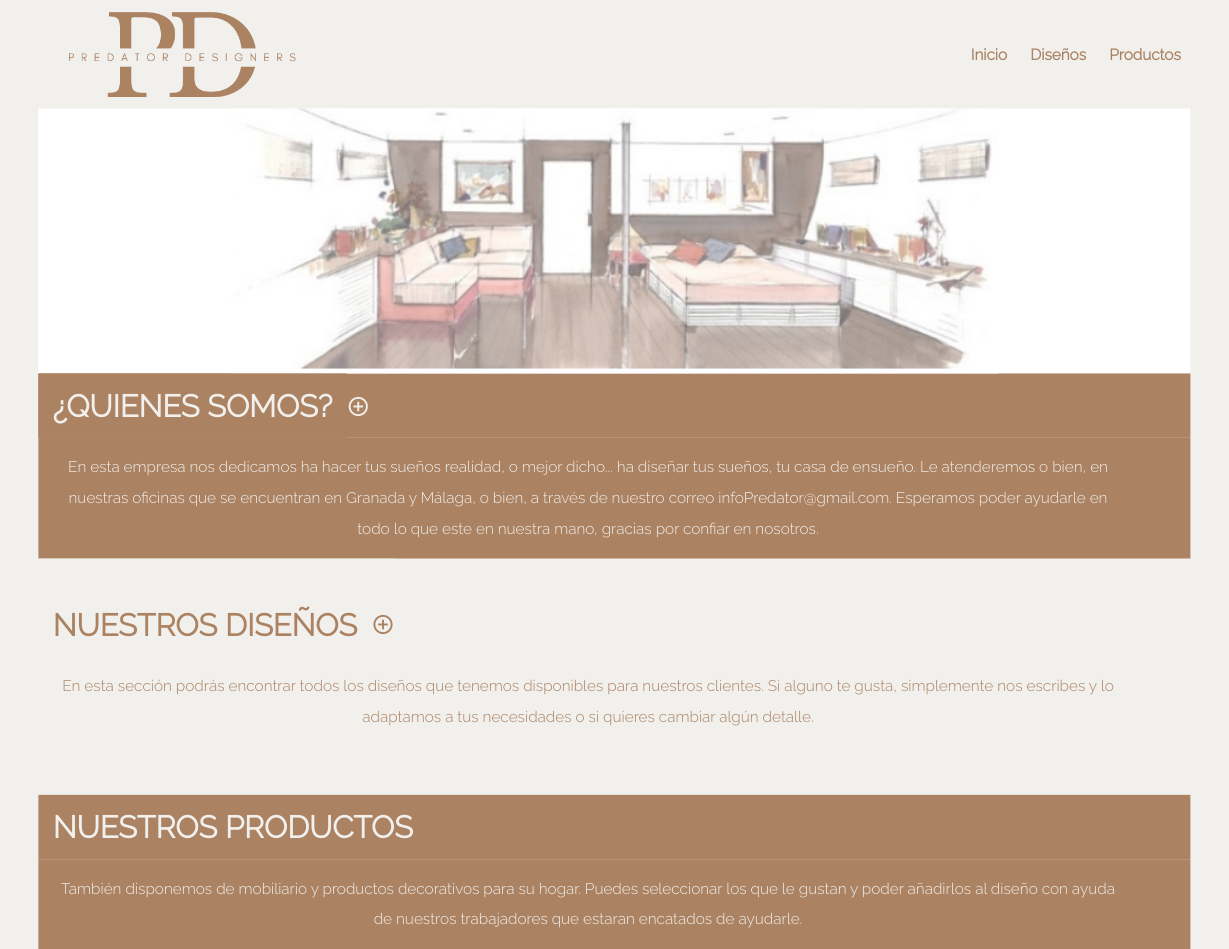
Repository: OmarDvd/proyectoDisenoInterior
Page: index.html
The author's editor kept a record of every edit. The page is drawn from the files as they stood at one moment, then again after the next edit.
The browser window is 1280 px wide. The pictures show the whole page, at 96% of full size.

Above is the page before.

After the next edit:
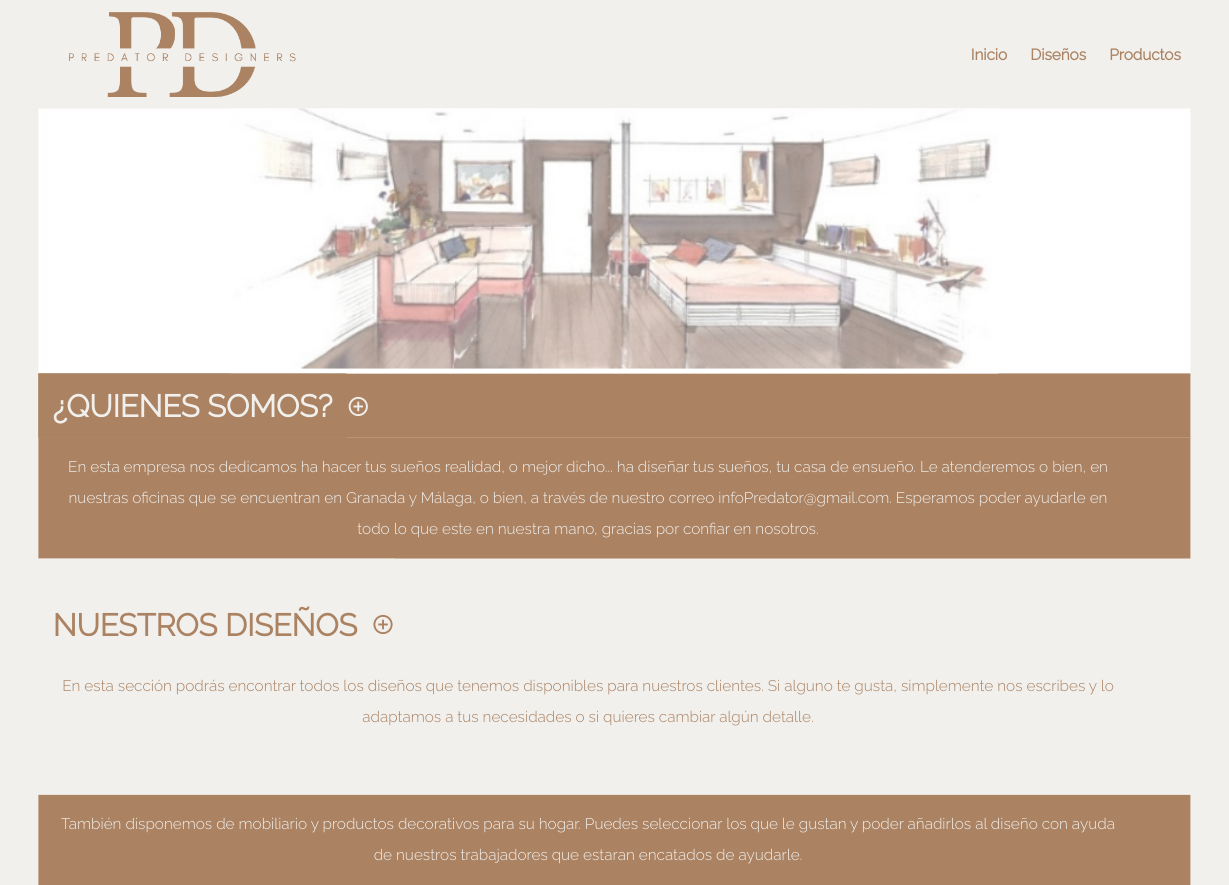
The edit:
--- a/index.html
+++ b/index.html
@@ -60,7 +60,7 @@
                 <div class="info">
 
                 </div>
-                <h1 class="marron" id="h1_marron">NUESTROS PRODUCTOS</h1>
+
                 <div class="marron">
                     <div class="marron_texto">
                         <p>También disponemos de mobiliario y productos decorativos para su hogar. Puedes seleccionar los que le gustan y poder añadirlos al diseño con ayuda de nuestros trabajadores que estaran encatados de ayudarle.

After the edit that followed:
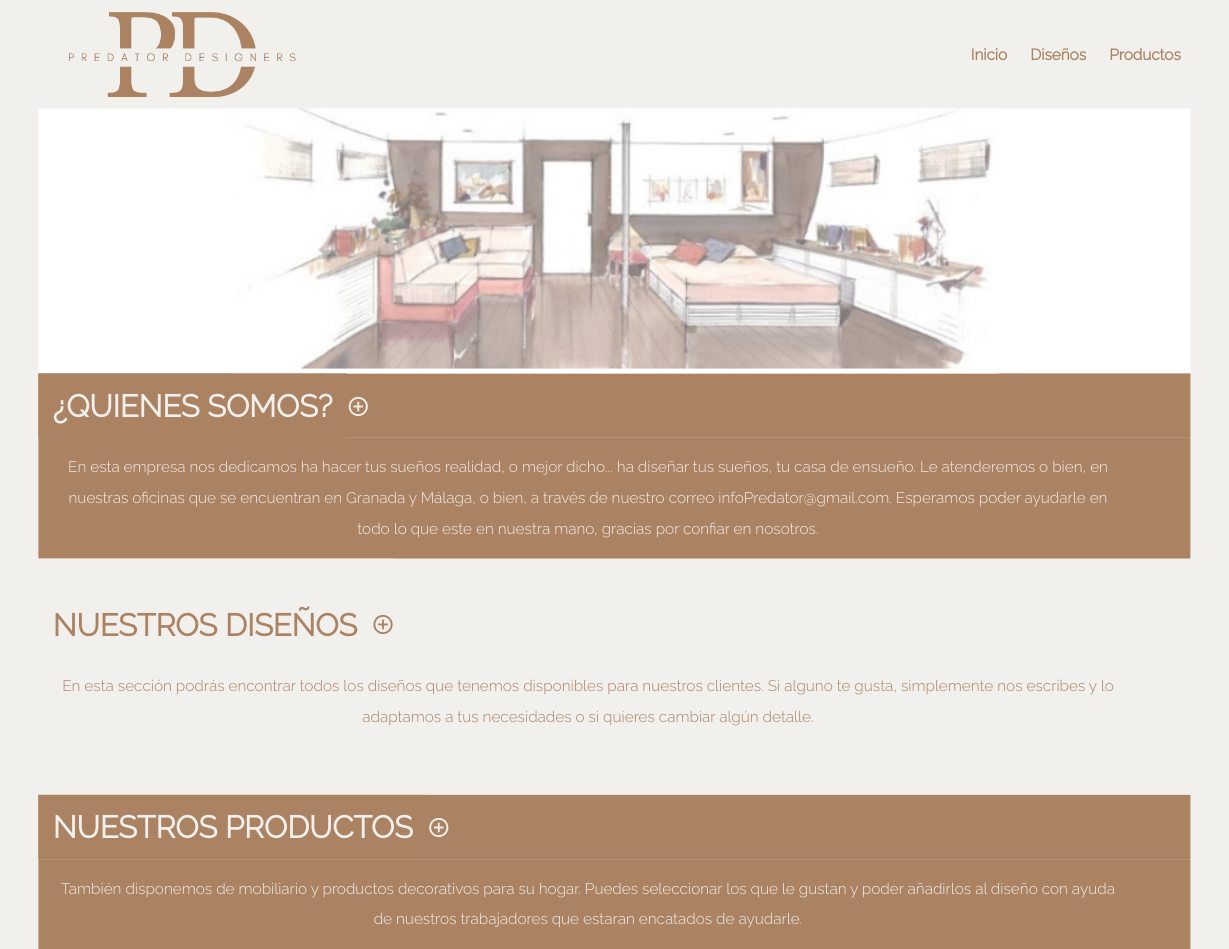
The edit:
--- a/index.html
+++ b/index.html
@@ -58,7 +58,8 @@
                 </div>
 
                 <div class="info">
-
+                    <h1 class="marron" id="h1_marron">NUESTROS PRODUCTOS</h1>
+                    <span class="material-symbols-outlined">add_circle</span>
                 </div>
 
                 <div class="marron">
